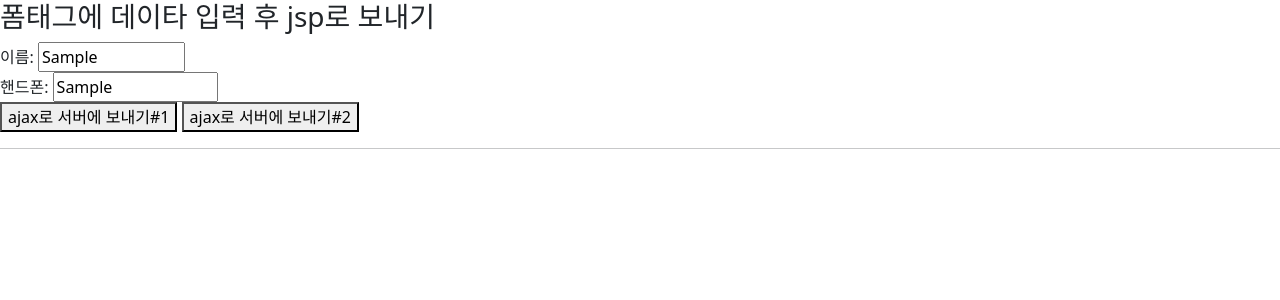
Repository: GANADAG/jspProject
Page: JspProject/src/main/webapp/ajax0305/form_ex1.html
An editor plug-in stored every save of this project. The page is shown before and after the next save, followed by the edit.
The browser window is 1280 px wide. The pictures show the whole page.
Empty fields were first filled with sample values (such as "Sample", 5 or name@example.com).
After loading, the first visible `#btn1` was clicked once.
Some web fonts or font styles are not loaded; a fallback is used.

Above is the page before, as saved 2024-03-05 06:40:35.

After the next save:
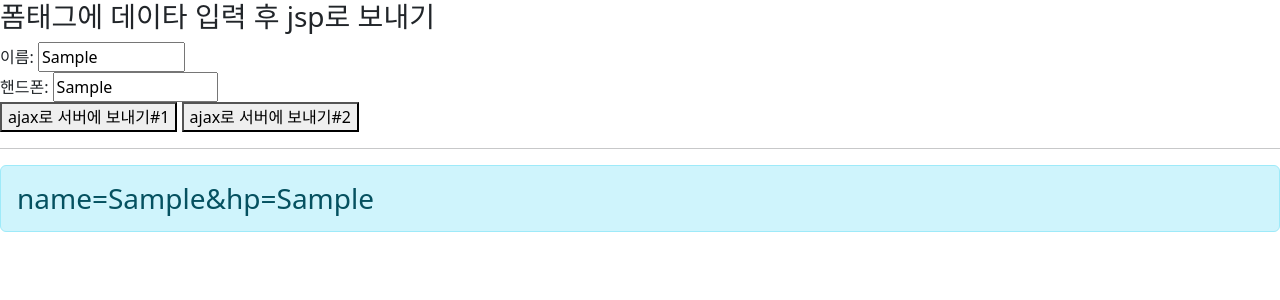
Saved 77 s later.
--- a/JspProject/src/main/webapp/ajax0305/form_ex1.html
+++ b/JspProject/src/main/webapp/ajax0305/form_ex1.html
@@ -35,7 +35,8 @@
 				data:{"name":name,"hp":hp}, //방법2
 				success:function(){
 
-					alert("success")
+					//alert("success");
+					$("#show").html("<h3 class='alert alert-info'>"+data+"</h3>")
 				}
 			})
 
